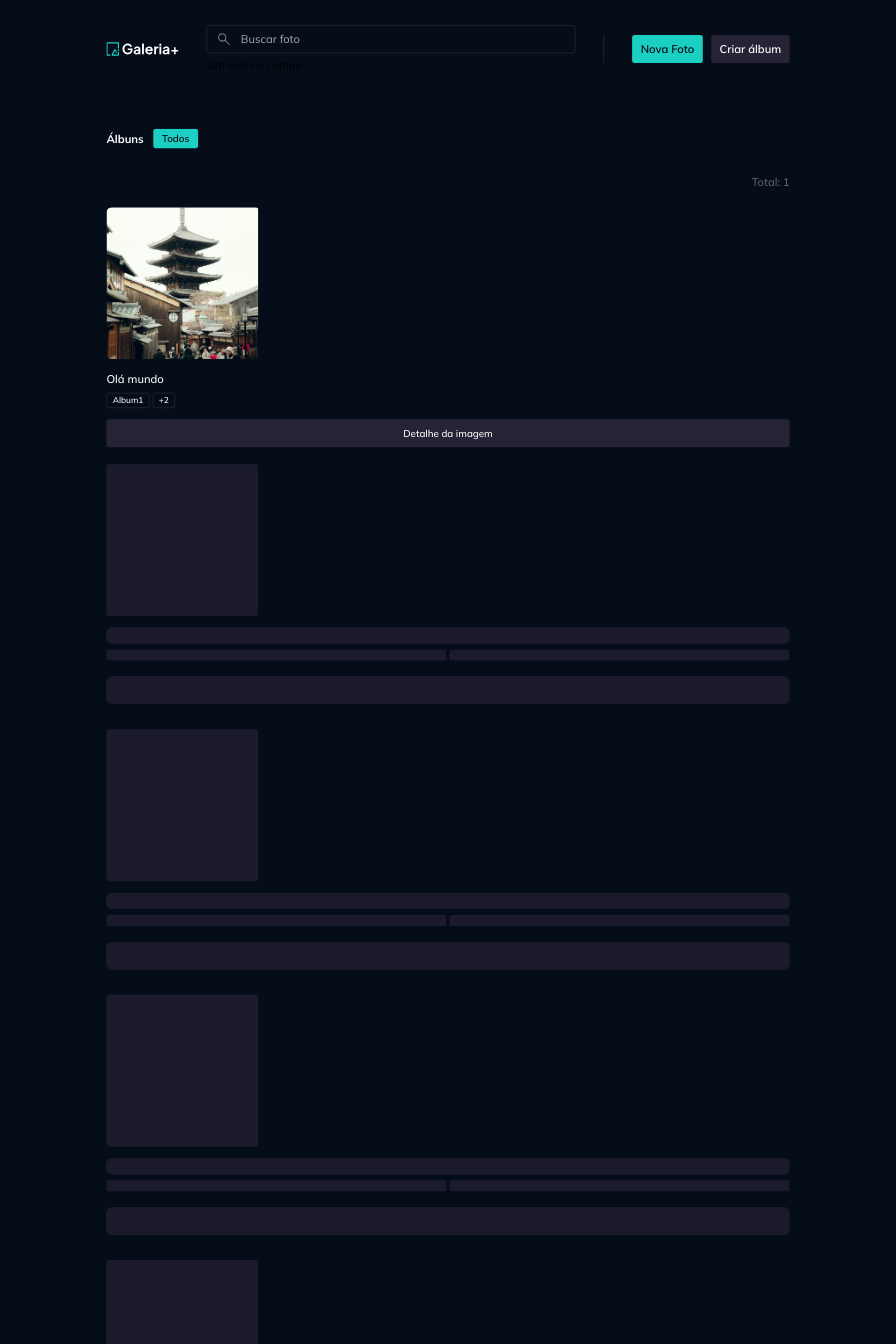
Repository: LuizMXavier/gallery-plus
Page: /
These files come from the project's save history. The page is drawn as it stood at one moment and after the next save; the edit follows.
The browser window is 1280 px wide. The pictures show the part of the page from y = 0 to 1920 px (the page is 4557 px tall), at 70% of full size.
The project was rebuilt for these pictures with package versions that can differ from the ones it lists, and the page was loaded fresh each time. Also part of the build but not shown: vite.config.ts, src/components/button-icon.tsx, src/components/alert.tsx, src/components/input-checkbox.tsx, src/components/input-single-file.tsx, src/components/card.tsx, src/components/dialog.tsx, src/pages/pages-components.tsx and 1 more.

Above is the page before, as saved 2025-09-22 17:57:39.

### index.html
<!DOCTYPE html>
<html lang="en">
	<head>
		<meta charset="UTF-8" />
		<link rel="icon" type="image/svg+xml" href="/favicon.svg" />

		<meta name="viewport" content="width=device-width, initial-scale=1.0" />

		<link rel="preconnect" href="https://fonts.googleapis.com" />
		<link rel="preconnect" href="https://fonts.gstatic.com" crossorigin />
		<link
			href="https://fonts.googleapis.com/css2?family=Mulish:ital,wght@0,200..1000;1,200..1000&display=swap"
			rel="stylesheet"
		/>

		<title>Galeria+</title>
	</head>
	<body class="bg-background-primary">
		<div id="root"></div>
		<script type="module" src="/src/main.tsx"></script>
	</body>
</html>

### src/main.tsx
import "./index.css";

import {StrictMode} from "react";
import {createRoot} from "react-dom/client";
import App from "./App.tsx";

createRoot(document.getElementById("root")!).render(
	<StrictMode>
		<App />
	</StrictMode>
);

### src/index.css
@import "tailwindcss";
@import "tw-animate-css";

@theme {
	--color-*: initial;
	--color-white: #ffffff;
	--color-black: #000000;
	--color-background-primary: #040d18;
	--color-background-secondary: #262337;
	--color-background-tertiary: #3c3857;
	--color-border-primary: #2c2c35;
	--color-border-active: #4c4c5d;
	--color-accent-brand: #1ccfc3;
	--color-accent-brand-light: #66eae1;
	--color-accent-red: #f54a26;
	--color-heading: #fafcff;
	--color-accent-paragraph: #f1f7ff;
	--color-accent-span: #5c636c;
	--color-placeholder: #a9a9a9;
	--color-label: #ffffff;
	--color-label-inverse: #040d18;

	--font-sans: "Mulish", sans-serif;
}

### src/App.tsx
import {BrowserRouter, Route, Routes} from "react-router";
import PageComponents from "./pages/pages-components";
import LayoutMain from "./pages/layout-main";
import PageHome from "./pages/page-home";
import PagePhotoDetails from "./pages/page-photo-details";

export default function App() {
	return (
		<BrowserRouter>
			<Routes>
				<Route element={<LayoutMain/>}>
					<Route index element={<PageHome/>}/>
					<Route path="/fotos/:id" element={<PagePhotoDetails/>}/>
					<Route path="/componentes" element={<PageComponents/>}/>
				</Route>

			</Routes>
		</BrowserRouter>
	)
}

### src/pages/layout-main.tsx
import { Outlet } from "react-router";
import MainHeader from "../components/main-header";
import MainContent from "../components/main-content";

export default function LayoutMain() {
  return (
    <>
      <MainHeader className="mt-9" />
      <MainContent>
        <Outlet />
      </MainContent>
    </>
  );
}

### src/pages/page-home.tsx
import Container from "../components/container";
import AlbumsFilter from "../contexts/albums/components/albums-filter";
import PhotoList from "../contexts/photos/components/photos-list";

export default function PageHome() {
  return (
    <Container>
      <AlbumsFilter albums={[]} className="mb-9"/>
      <PhotoList
        photos={[{
            id: "123",
            title: "Olá mundo",
            imageId: "portrait-tower.png",
            albums: [
              { id: "3421", title: "Album1" },
              { id: "123", title: "Album2" },
              { id: "456", title: "Album3" },
            ],
          },
        ]}
      />
    </Container>
  );
}

### src/components/button.tsx
import React from "react";
import Icon from "./icon";
import Text from "./text";
import {tv, type VariantProps} from "tailwind-variants";
import SpinnerIcon from "../assets/icons/spinner.svg?react";
import cx from "classnames";

export const buttonVariants = tv({
	base: "flex items-center justify-center cursor-pointer transition rounded group gap-1",
	variants: {
		variant: {
			primary: "bg-accent-brand hover:bg-accent-brand-light",
			secondary: "bg-background-secondary hover:bg-background-tertiary",
			destructive: "bg-background-secondary hover:bg-background-tertiary",
			ghost: `
					bg-transparent border border-solid border-border-primary
				text-accent-paragraph hover:border-background-secondary
				`,
		},
		size: {
			sm: "h-7 py-1 px-3",
			md: "h-10 py-2 pl-3 pr-3",
		},
		disabled: {
			true: "opacity-50 pointer-events-none",
		},
		handling: {
			true: "pointer-events-none",
		},
	},
	defaultVariants: {
		variant: "primary",
		size: "md",
		disabled: false,
		handling: false,
	},
});

export const buttonTextVariants = tv({
	variants: {
		variant: {
			primary: "text-label-inverse",
			secondary: "text-label",
			destructive: "text-accent-red",
			ghost: "text-accent-paragraph",
		},
		size: {
			sm: "text-sm",
			md: "text-base",
		},
	},
	defaultVariants: {
		variant: "primary",
		size: "md",
	},
});

export const buttonIconVariants = tv({
	variants: {
		variant: {
			primary: "fill-label-inverse",
			secondary: "fill-label",
			destructive: "fill-accent-red",
			ghost: "fill-accent-paragraph",
		},
		size: {
			sm: "w-4 h-4",
			md: "w-6 h-6",
		},
		handling: {
			true: "w-4 h-4",
		},
	},
	defaultVariants: {
		variant: "primary",
		size: "md",
	},
});

interface ButtonProps
	extends Omit<React.ComponentProps<"button">, "size" | "disabled">,
		VariantProps<typeof buttonVariants> {
	icon?: React.ComponentProps<typeof Icon>["svg"];
	handling?: boolean;
}

export default function Button({
	variant,
	size,
	disabled,
	className,
	children,
	handling,
	icon,
	type = "button",
	...props
}: ButtonProps) {
	return (
		<button
			type={type}
			className={buttonVariants({
				variant,
				size,
				disabled,
				handling,
				className: cx(
					{
						"pr-1": icon,
					},
					className
				),
			})}
			disabled={disabled as boolean}
			{...props}
		>
			<Text
				variant="label-medium"
				className={buttonTextVariants({variant, size})}
			>
				{children}
			</Text>
			{(icon || handling) && (
				<Icon
					svg={handling ? SpinnerIcon : icon!}
					animate={handling}
					className={buttonIconVariants({variant, size, handling})}
				/>
			)}
		</button>
	);
}

### src/components/badge.tsx
import React from "react";
import Text from "./text";
import {tv, type VariantProps} from "tailwind-variants";
import cx from "classnames";
import Skeleton from "./skeleton";

export const badgeVariants = tv({
	base: "inline-flex items-center justify-center rounded",
	variants: {
		variant: {
			none: "",
			ghost:
				"bg-transparent border border-solid border-border-primary text-accent-paragraph",
		},
		size: {
			xs: "py-0.5 px-2",
			sm: "py-1 px-3",
		},
	},
	defaultVariants: {
		variant: "ghost",
		size: "sm",
	},
});

export const badgeTextVariants = tv({
	base: "text-xs",
	variants: {
		size: {
			xs: "text-xs",
			sm: "text-sm",
		},
	},
});

export const badgeSkeletonVariants = tv({
	variants: {
		size: {
			xs: "w-12 h-[1.375rem]",
			sm: "w-16 h-[1.875rem]",
		},
	},
	defaultVariants: {
		size: "sm",
	},
});

interface BadgeProps
	extends React.ComponentProps<"div">,
		VariantProps<typeof badgeVariants> {
	loading?: boolean;
}

export default function Badge({
	variant,
	size,
	className,
	children,
	loading,
	...props
}: BadgeProps) {
	if (loading) {
		return (
			<Skeleton
				rounded="full"
				className={cx(
					badgeVariants({variant: "none"}),
					badgeSkeletonVariants({size}),
					className
				)}
			/>
		);
	}

	return (
		<div className={badgeVariants({variant, size, className})} {...props}>
			<Text className={badgeTextVariants({size})}>{children}</Text>
		</div>
	);
}

### src/components/text.tsx
import React from "react";
import {tv, type VariantProps} from "tailwind-variants";

export const textVariants = tv({
	base: "font-sans text-white",
	variants: {
		variant: {
			"heading-large": "text-2xl leading-[130%] font-bold",
			"heading-medium": "text-xl leading-[130%] font-bold",
			"heading-small": "text-base leading-[130%] font-bold",
			"paragraph-large": "text-base leading-[150%] font-medium",
			"paragraph-medium": "text-sm leading-[150%] font-medium",
			"paragraph-small": "text-xs leading-[150%] font-medium",
			"label-medium": "text-base leading-[150%] font-semibold",
			"label-small": "text-xs leading-[150%] font-semibold",
		},
	},
	defaultVariants: {
		variant: "paragraph-medium",
	},
});

interface TextProps extends VariantProps<typeof textVariants> {
	as?: keyof React.JSX.IntrinsicElements;
	className?: string;
	children?: React.ReactNode;
}

export default function Text({
	as = "span",
	variant,
	className,
	children,
	...props
}: TextProps) {
	return React.createElement(
		as,
		{
			className: textVariants({variant, className}),
			...props,
		},
		children
	);
}

### src/components/divider.tsx
import {tv, type VariantProps} from "tailwind-variants";

export const dividerVariants = tv({
	base: "w-full h-px ",
	variants: {
		variant: {
			default: "bg-border-primary",
		},
		orientation: {
			horizontal: "w-full h-px",
			vertical: "w-px h-full",
		},
	},
	defaultVariants: {
		variant: "default",
	},
});

interface DividerProps
	extends React.ComponentProps<"div">,
		VariantProps<typeof dividerVariants> {
	orientation?: "horizontal" | "vertical";
}

export default function Divider({
	className,
	orientation = "horizontal",
	...props
}: DividerProps) {
	return (
		<div className={dividerVariants({className, orientation})} {...props} />
	);
}

### src/components/input-text.tsx
import { tv, type VariantProps } from "tailwind-variants";
import Icon from "./icon";
import Text from "./text";
import { serialize } from "v8";

export const inputTextContainerVariants = tv({
    base: "flex flex-col gap-1"
})

export const inputTextWrapperVariants = tv({
    base:`
        border border-solid border-border-primary
        focus:border-border-active bg-transparent
        rounded flex items-center gap-3
    `,
    variants: {
        size: {
            md:"h-10 p-3"
        },
        disabled: {
            true:"pointer-events-none"
        }
    },
    defaultVariants: {
        size:"md",
        disabled: false
    }
});

export const inputTextVariants = tv({
    base: `
        bg-transparent outiline-none placeholder:text-placeholder
        text-accent-paragraph flex-1
    `
})

export const inputTextIconVariants = tv({
    base:"fill-placeholder",
    variants: {
        size: {
            md:"w-6 h-6"
        }
    },
    defaultVariants: {
        size:"md"
    }
})

interface InputTextProps
    extends VariantProps<typeof inputTextWrapperVariants>,
    Omit<React.ComponentProps<"input">,"size" | "disabled"> {
        icon?: React.ComponentProps<typeof Icon>['svg'],
        error?: React.ReactNode;
    }

export default function InputText({
    size,
    disabled,
    className,
    icon,
    error,
    ...props
}: InputTextProps) {
    return (
        <div className={inputTextContainerVariants(className)}>
            <div className={inputTextWrapperVariants({size, disabled})}>
                {icon && <Icon svg={icon} className={inputTextIconVariants({size})}/>}
                <input className={inputTextVariants()} disabled={disabled as boolean} {...props}/>
            </div>Um erro no campo
            {error && (
                <Text variant="label-small" className="text-accent-red">
                {error}
            </Text>
            )}
        </div>
    )
}

### src/components/image-preview.tsx
import { tv } from "tailwind-variants";
import React from "react";

export const imageFilePreviewVariants = tv({
    base:`
        rounded-lg overflow-hidden
    `
});

export const imageFilePreviewImageVariants = tv ({
    base: `w-full h-full object-cover `
})

interface ImageFilePreviewProps extends React.ComponentProps<"img"> {
    imageClassName?: string;
}

export default function ImageFilePreview({
    className,
    imageClassName,
    ...props
}: ImageFilePreviewProps) {
    return (
        <div className={imageFilePreviewVariants({className})}>
            <img className={imageFilePreviewImageVariants({className: imageClassName})} {...props} />
        </div>
    )
}

### src/components/main-header.tsx
import { Link } from "react-router";
import Container from "./container";
import Logo from "../assets/images/galeria-plus-full-logo.svg?react";
import cx from 'classnames';
import Button from "./button";
import PhotosSearch from "./photos-search";
import Divider from "./divider";


interface MainHeaderProps extends React.ComponentProps<typeof Container>{}

export default function MainHeader({className, ...props}: MainHeaderProps) {
    return (
        <Container
            as="header"
            className={cx("flex justify-between items-center gap-10", className)} {...props}
        >
            <Link to="/">
                <Logo className="h-5"/>
            </Link>

            <PhotosSearch/>
            <Divider orientation="vertical" className="h-10"/>

            <div className="flex items-center gap-3">
                <Button>Nova Foto</Button>
                <Button variant="secondary">Criar álbum</Button>
            </div>

        </Container>
    );
}

### src/components/main-content.tsx
import cx from "classnames";

interface MainContentProps extends React.ComponentProps<"main">{}

export default function MainContent({
    children,
    className,
    ...props
}: MainContentProps) {
    return (
        <main className={cx("mt-20 pb-20", className)} {...props}>
            {children}
        </main>
    )
}

### src/components/container.tsx
import {type VariantProps, tv} from "tailwind-variants";
import React from "react";

export const containerVariants = tv({
	base: "mx-auto",
	variants: {
		size: {
			md: "max-w-[62rem] px-2",
		},
	},
	defaultVariants: {
		size: "md",
	},
});

interface ContainerProps
	extends VariantProps<typeof containerVariants>,
		React.ComponentProps<"div"> {
	as?: keyof React.JSX.IntrinsicElements;
}

export default function Container({
	as = "div",
	children,
	className,
	...props
}: ContainerProps) {
	return React.createElement(
		as,
		{
			className: containerVariants({size: "md", className}),
			...props,
		},
		children
	);
}

### src/contexts/albums/components/albums-filter.tsx
import Button from "../../../components/button";
import Text from "../../../components/text";
import type { Album } from "../models/album";
import cx from "classnames";

interface AlbumsFilterProps extends React.ComponentProps<"div"> {
  albums: Album[];
  loading?: boolean;
}

export default function AlbumsFilter({
  albums,
  loading,
  className,
  ...props
}: AlbumsFilterProps) {
  return (
    <div
      className={cx("flex items-center gap-3.5 overflow-x-auto", className)}
      {...props}
    >
      <Text variant="heading-small">Álbuns</Text>
      <div className="flex gap-3">
        <Button variant="primary" size="sm" className="cursor-pointer">
          Todos
        </Button>
        {!loading &&
          albums.map((album) => (
            <Button
              key={album.id}
              variant="ghost"
              size="sm"
              className="cursor-pointer"
            >
              {album.title}
            </Button>
          ))}
      </div>
    </div>
  );
}

### src/contexts/photos/components/photos-list.tsx
import type { Photo } from "../models/photo";
import PhotoWidget from "./photo-widget";
import Text from "../../../components/text";
import Skeleton from "../../../components/skeleton";

interface PhotosListProps {
  photos: Photo[];
  loading?: boolean;
}

export default function PhotoList({ photos, loading }: PhotosListProps) {
  return (
    <div className="space-y-6">
        <Text
            as="div"
            variant="paragraph-large"
            className="flex items-center justify-end gap-1 text-accent-span"
        >
            Total:{" "}
            {!loading ? (
                <div>{photos.length}</div>
            ): (
                <Skeleton className="w-6 h-6"/>
            )}

        </Text>
      {!loading && photos?.length > 0 && (
        <div className="grid grid-colds-5 gap-9">
          {photos.map((photo) => (
            <PhotoWidget photo={photo} key={photo.id} />
          ))}
        </div>
      )}
      {!loading && (
        <div className="grid grid-colds-5 gap-9">
          {Array.from({ length: 10 }).map((_, index) => (
            <PhotoWidget
              key={`photo-loading-${index}`}
              photo={{} as Photo}
              loading
            />
          ))}
          ;
        </div>
      )}

      {!loading && photos.length === 0 && (
        <div className="flex justify-center items-center h-full">
          <Text variant="paragraph-large">Nenhuma foto encontrada</Text>
        </div>
      )}
    </div>
  );
}

### src/components/icon.tsx
import React from "react";
import {tv, type VariantProps} from "tailwind-variants";

export const iconVariants = tv({
	variants: {
		animate: {
			false: "",
			true: "animate-spin",
		},
	},
	defaultVariants: {
		animate: false,
	},
});

interface IconProps
	extends React.ComponentProps<"svg">,
		VariantProps<typeof iconVariants> {
	svg: React.FC<React.ComponentProps<"svg">>;
}

export default function Icon({
	svg: SvgComponent,
	animate,
	className,
	...props
}: IconProps) {
	return (
		<SvgComponent className={iconVariants({animate, className})} {...props} />
	);
}

### src/components/skeleton.tsx
import {tv, type VariantProps} from "tailwind-variants";
import React from "react";

export const skeletonVariants = tv({
	base: "animate-pulse bg-background-secondary pointer-events-none",
	variants: {
		rounded: {
			sm: "rounded-sm",
			lg: "rounded-lg",
			full: "rounded-full",
		},
	},
	defaultVariants: {
		rounded: "lg",
	},
});

interface SkeletonProps
	extends VariantProps<typeof skeletonVariants>,
		React.ComponentProps<"div"> {}

export default function Skeleton({
	rounded,
	className,
	...props
}: SkeletonProps) {
	return <div className={skeletonVariants({rounded, className})} {...props} />;
}

### src/components/photos-search.tsx
import InputText from "./input-text";
import SearchIcon from "../assets/icons/search.svg?react";
import React from "react";
import { debounce } from "../helpers/utils";

export default function PhotosSearch() {
    const [inputValue, setInputValue] = React.useState("");

    const debouncedSetValue = React.useCallback(
        debounce((value: string) => {
            console.log("Valor com debounce", value);
        },200),[]
    )

    function handleInputChange(e: React.ChangeEvent<HTMLInputElement>) {
        const value = e.target.value;


        setInputValue(value);
        debouncedSetValue(value);
    }
  return (
    <div className="relative flex-grow">
      <InputText icon={SearchIcon} placeholder="Buscar foto" value={inputValue} onChange={handleInputChange} />
    </div>
  );
}

### src/contexts/photos/components/photo-widget.tsx
import ImageFilePreview from "../../../components/image-preview";
import type { Photo } from "../models/photo";
import Skeleton from "../../../components/skeleton";
import Text from "../../../components/text";
import Badge from "../../../components/badge";
import { Link } from "react-router";
import { buttonTextVariants, buttonVariants } from "../../../components/button";
interface PhotoWidgetProps {
    photo: Photo;
    loading?: boolean;
}

export default function PhotoWidget({photo, loading}: PhotoWidgetProps) {
    return (
        <div className="flex flex-col gap-4">
            {!loading ? (
                <ImageFilePreview
                    src={`/images/${photo.imageId}`}
                    title={photo.title}
                    imageClassName="w-[13.5625rem] h-[13.5625rem] rounded lg"/>

            ): (
                <Skeleton className="w-[13.5625rem] h-[13.5625rem] rounded lg"/>
            )}

            <div className="flex flex-col gap-2">
                {!loading ? (
                    <Text variant="paragraph-large" className="truncate">
                        {photo.title}
                    </Text>
                ): (
                    <Skeleton className="w-full h-6"/>
                )}

                <div className="flex gap-1 min-h-[1.375rem]">
                    {!loading ? (
                        <>
                            {photo.albums.slice(0,1).map(album => (
                                <Badge className="truncate" size="xs" key={album.id}>
                                    {album.title}
                                </Badge>
                            ))}
                            {photo.albums.length > 1 && <Badge size="xs">
                                +{photo.albums.length - 1}
                                </Badge>}
                        </>
                    ): (
                        Array.from({length: 2}).map((_,index) => (
                            <Skeleton
                            key={`album-loading-${index}`}
                            className="w-full h-4 rounded-sm"
                            />
                        ))
                    )}

                </div>
            </div>
            {!loading ? (
                <Link
                  to={`/fotos/${photo.id}`}
                  className={buttonVariants({
                    variant:"secondary",
                    className:"px-2 py-2",
                  })}
                >
                    <Text className={buttonTextVariants({variant:"secondary",size:"sm"})}>
                        Detalhe da imagem
                    </Text>
                </Link>
            ): (
                <Skeleton className="w-full h-10"/>
            )}
        </div>
    )
}

### src/helpers/utils.ts

export function debounce<T extends (...args: any[]) => any>(
    func: T,
    wait: number
) {
    let timeout: ReturnType<typeof setTimeout> | null = null;

    return function (...args: Parameters<T>): void {
        const later = () => {
            timeout = null;
            func(...args);
        };

        if(timeout !== null) {
            clearTimeout(timeout);
        }

        timeout = setTimeout(later, wait);
    }
}

After the next save:
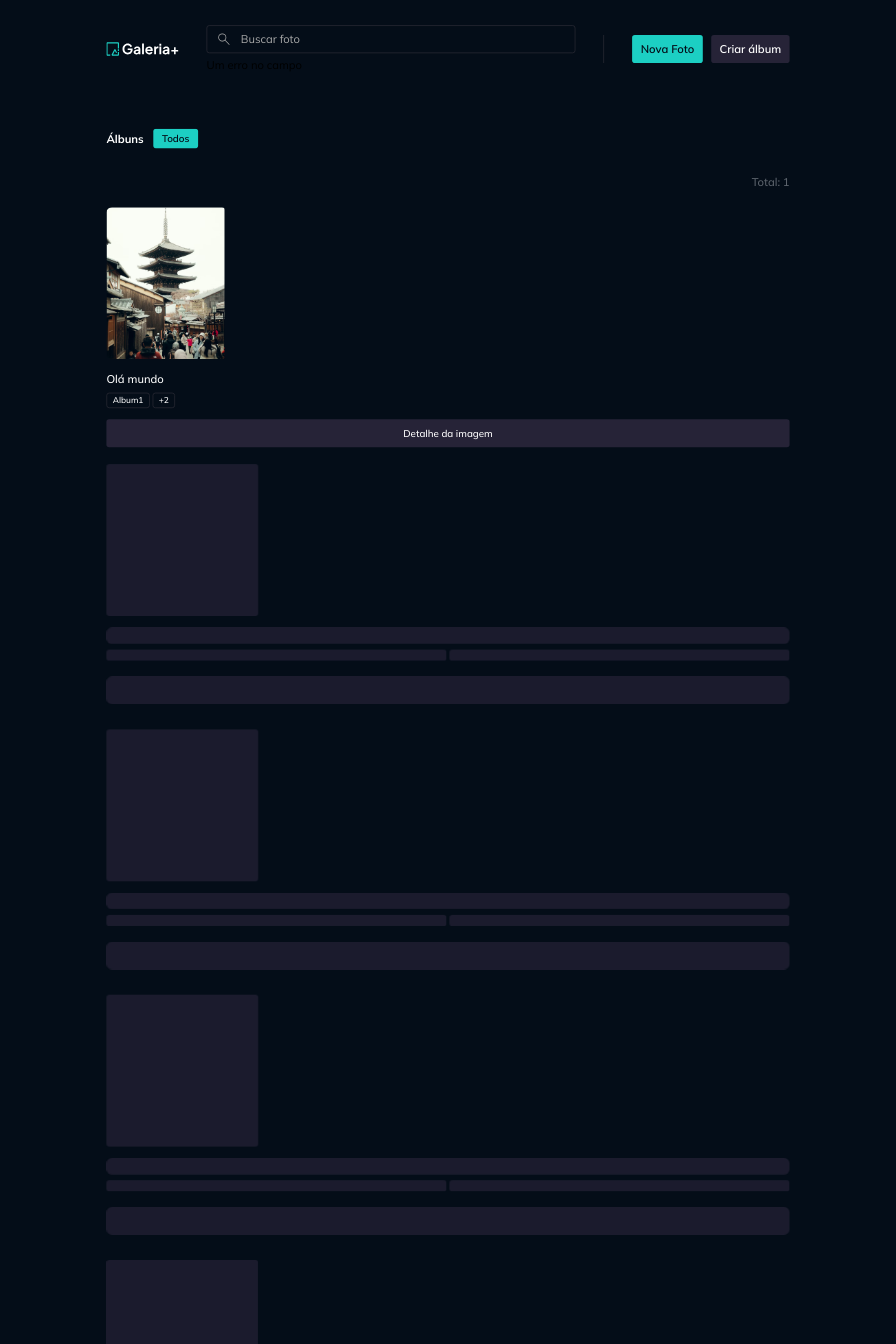
Saved 27 s later.
--- a/src/contexts/photos/components/photo-widget.tsx
+++ b/src/contexts/photos/components/photo-widget.tsx
@@ -17,7 +17,7 @@ export default function PhotoWidget({photo, loading}: PhotoWidgetProps) {
                 <ImageFilePreview
                     src={`/images/${photo.imageId}`}
                     title={photo.title}
-                    imageClassName="w-[13.5625rem] h-[13.5625rem] rounded lg"/>
+                    imageClassName="w-[10.5625rem] h-[13.5625rem] rounded lg"/>
 
             ): (
                 <Skeleton className="w-[13.5625rem] h-[13.5625rem] rounded lg"/>
